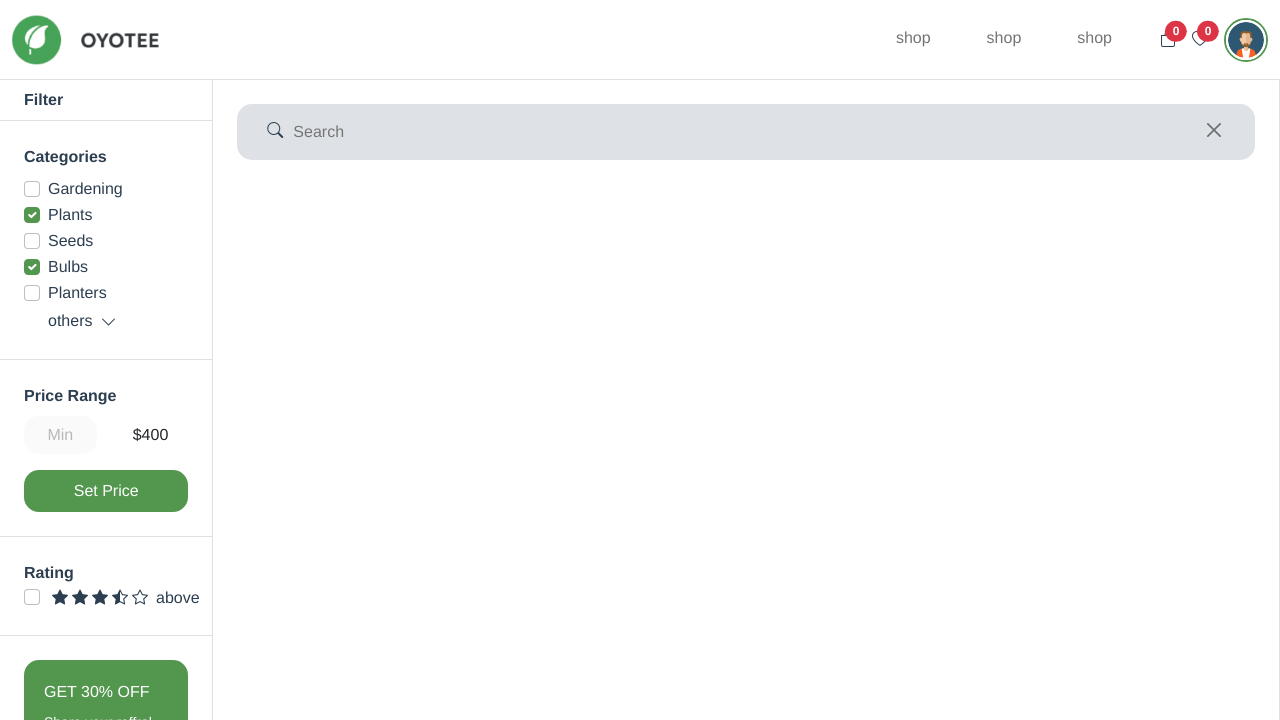
Repository: arpitaWebD/PlantShopping
Page: /
The author's editor kept a copy of each file at every save. The page is drawn from the files as they stood at one save, then again after the next save.
The browser window is 1280 px wide. The pictures show the whole page.
Some web libraries are served in a nearby version. The project was rebuilt for these pictures with package versions that can differ from the ones it lists, and the page was loaded fresh each time. Also part of the build but not shown: src/components/Product.vue, src/components/ProductPreview.vue, src/views/AddToCart.vue, src/views/WishList.vue, src/components/Login.vue.

Above is the page before, as saved 2022-01-24 14:39:22.

### index.html
<!DOCTYPE html>
<html lang="en">
<head>
  <meta charset="UTF-8">
  <link rel="icon" href="/favicon.ico" />
  <meta name="viewport" content="width=device-width, initial-scale=1.0">
  <!-- bootstrap -->
  <link href="https://cdn.jsdelivr.net/npm/bootstrap@5.1.3/dist/css/bootstrap.min.css" rel="stylesheet"
    integrity="sha384-1BmE4kWBq78iYhFldvKuhfTAU6auU8tT94WrHftjDbrCEXSU1oBoqyl2QvZ6jIW3" crossorigin="anonymous" />
  <!--icons -->
  <link rel="stylesheet" href="https://cdn.jsdelivr.net/npm/bootstrap-icons@1.7.1/font/bootstrap-icons.css" />
  <link rel="stylesheet" href="./src/index.css">
  <title>Vite App</title>
</head>
<body>
  <div id="app"></div>
  <script src="https://cdn.jsdelivr.net/npm/bootstrap@5.0.2/dist/js/bootstrap.bundle.min.js"
    integrity="sha384-MrcW6ZMFYlzcLA8Nl+NtUVF0sA7MsXsP1UyJoMp4YLEuNSfAP+JcXn/tWtIaxVXM" crossorigin="anonymous"></script>
  <script type="module" src="/src/main.js"></script>
</body>
</html>

### src/index.css
#app {
  font-family: Avenir, Helvetica, Arial, sans-serif;
  -webkit-font-smoothing: antialiased;
  -moz-osx-font-smoothing: grayscale;
  color: #2c3e50;
  height: 100vh;
}

body {
  margin: 0;
  height: 100vh;
}

/* color code */
:root {
  --green: #175b19;
  --secondary-color: #ffc327;
  --light-gray: #f6f6f6;
  --dark-gray: #485853;
  --primary-color: #53974f;
  --dark-green: #08220e;
  --light-green: #abb3a3;
  --brown: #957f65;
}

a {
  text-decoration: none;
  color: #2c3e50;
}

.primary-btn {
  width: 100%;
  border-radius: 15px;
  color: #fff;
  background: #53974f;
  line-height: 1;
  height: 42px;
  text-transform: capitalize;
  display: flex;
  justify-content: center;
  align-items: center;
}

.primary-btn:hover {
  color: #fff;
}

.primary-btn.yellow-btn {
  background: #ffc327;
  color: var(--dark-gray);
}

.secondary-btn {
  width: 100%;
  border-radius: 15px;
  border: 1px solid #ababab;
  line-height: 1;
  height: 42px;
  text-transform: capitalize;
  display: flex;
  justify-content: center;
  align-items: center;
  cursor: pointer;
  font-weight: 500;
}

.secondary-btn:hover,
.secondary-btn.active {
  color: #fff;
  background: #53974f;
}

.secondary-btn:hover a,
.secondary-btn.active a {
  color: #fff;
}

.btn-check:focus+.btn,
.btn:focus {
  box-shadow: none;
}

.form-check-input:checked {
  background-color: #53974f;
  border-color: #53974f;
}

.form-check-input:checked+.form-check-label {
  font-weight: 500;
}

input:focus {
  outline: 0;
}

/* header */
.header {
  height: 80px;
}

.header .logo {
  height: 50px;
}

.n-links li {
  color: #ababab;
  height: 100%;
  display: flex;
  align-items: center;
  margin-right: 40px;
  cursor: pointer;
  border-bottom: 3px solid transparent;
}

.n-links li.active {
  color: #000;
  border-bottom: 3px solid #53974f;
}

.cart-icon {
  position: relative;
  cursor: pointer;
}

.cart-icon .cart-badge {
  position: absolute;
  background: #dc3545;
  color: #fff;
  border-radius: 100%;
  height: 17px;
  width: 17px;
  font-size: 10px;
  display: flex;
  align-items: center;
  justify-content: center;
  right: -5px;
  bottom: 0;
  border: 2px solid #fff;
}

.avatar-icon {
  border: 2px solid #53974f;
  border-radius: 100%;
}

.avatar-icon img {
  border: 2px solid #fff;
  border-radius: 100%;
}

/* left sidebar */
.left-sidebar .left-sidebar-header {
  text-transform: capitalize;
  font-weight: 600;
  text-align: left;
  display: block;
}

.disable-btn {
  background: #fafafa;
  border-radius: 15px;
  display: flex;
  justify-content: center;
  align-items: center;
  text-transform: capitalize;
  color: #b8b8b8;
}

.discount-card {
  background-color: #53974f;
  border-radius: 15px;
  padding: 20px;
  color: #fff;
}

.discount-card .title {
  font-weight: 500;
  text-transform: uppercase;
}

.sub-title {
  font-size: 14px;
}

/* main */
.search-icon {
  border-radius: 15px;
  background: #dee2e6;
  padding: 15px 30px;
}

.search-icon-round {
  border-radius: 15px 15px 0 0;
}

.search-icon input {
  background-color: transparent;
}

.product-card {
  border: 1px solid #ababab;
  border-radius: 20px;
  position: relative;
  background-color: #fff;
  cursor: pointer;
}

.product-card img {
  height: 290px;
  width: 100%;
  object-fit: contain;
}

.add-product img {
  height: 90px;
}

.product-card .img-section {
  position: relative;
}

.product-card .img-section .like-icon {
  position: absolute;
  right: 0;
  top: 0;
}

.like-icon {
  cursor: pointer
}

.product-card .price-name {
  color: #bfb8b8;
  font-size: 14px;
}

/* right0sidebar */
.right-sidebar {
  position: relative;
  height: 100%;
}

.rs-footer {
  position: absolute;
  bottom: 0;
  width: calc(100% - 3rem);
  background: #fff;
}

.right-sidebar .main-title {
  font-size: 22px;
  font-weight: 500;
  text-transform: capitalize;
  white-space: nowrap;
  overflow: hidden;
  text-overflow: ellipsis;
}
.right-sidebar .img-section {
  height: 200px;
}
.right-sidebar .main-subtitle {
  font-size: 14px;
  color: #ababb8;
  line-height: 16px;
  white-space: nowrap;
  overflow: hidden;
  text-overflow: ellipsis;
}

.tab {
  text-transform: capitalize;
  text-align: center;
  border-bottom: 3px solid transparent;
  cursor: pointer;
  padding-bottom: 10px;
}

.tab-active {
  border-bottom: 3px solid #53974f;
}

.rs-img-section {
  position: relative;
}

.rs-close {
  right: 0;
  top: 10px;
  background: #fafafa;
  height: 30px;
  width: 30px;
  border-radius: 7px;
  display: flex;
  justify-content: center;
  align-items: center;
  position: absolute;
  cursor: pointer;
}

.rs-slider .rs-slider-img {
  height: 50px;
  width: 50px;
  display: flex;
  align-items: center;
  justify-content: center;
  justify-content: space-between;
  border-radius: 10px;
}

.rs-slider-img img {
  object-fit: cover;
  height: 100%;
  width: 100%;
  border-radius: 10px;
}

.hidden {
  display: none;
}

.modal-new {
  left: 50%;
  top: 50%;
  z-index: 2;
  background: #fff;
  transform: translate(-50%, -50%);
  padding: 30px;
  border-radius: 30px;
  position: absolute;
}

.overlay {
  width: 100vw;
  height: 100vh;
  background: #0a0a0a9c;
  z-index: 1;
  position: absolute;
  inset: 0;
}

.close-modal {
  border: none;
  background: transparent;
  position: absolute;
  right: 10px;
  font-size: 50px;
  top: -10px;
}

.search-menu {
  position: relative;
}

.search-dropdown {
  position: absolute;
  background: #fff;
  width: 100%;
  z-index: 1;
}

.search-dropdown ul li {
  padding: 10px;
  cursor: pointer;
}

.search-dropdown ul li:hover {
  background: #e1e1e1;
}

.search-dropdown ul li:not(:last-child) {
  border-bottom: 1px solid #dee2e6;
}

.search-dropdown ul li:last-child {
  border-radius: 0 0 15px 15px;
}

.search-dropdown ul {
  box-shadow: 0 4px 5px #0000006b;
  border-radius: 0 0 15px 15px;
}

.product-detail {
  height: calc(100% - 100px);
  overflow: auto;
}

.addCart-card {
  height: calc(100% - 80px);
  overflow: hidden;
}

.fav-icon {
  color: #dc3545;
}

@media screen and (max-width: 767px) {
  .product-card img {
    height: 290px;
    width: 100%;
    max-height: 200px;
    max-width: 100%;
    object-fit: contain;
  }

  img.logo {
    height: 48px;
  }

  .navbar-collapse {
    position: absolute;
    top: 80px;
    left: 0px;
    width: 100%;
    background: rgb(248, 249, 250);
    z-index: 1;
    box-shadow: rgba(50, 50, 93, 0.25) 0px 6px 12px -2px, rgba(0, 0, 0, 0.3) 0px 3px 7px -3px;
  }

  .addCart-card img {
    width: 100%;
  }
}

### src/App.vue
<template>
  <Navbar />
  <router-view />
</template>

<script>
import Navbar from "./components/Navbar.vue";
export default {
  components: {
    Navbar,
  },
};
</script>

### src/router.js

import { createRouter, createWebHistory } from "vue-router";
import Home from "./views/Home.vue";
import AddCart from "./views/AddToCart.vue";
import WishList from "./views/WishList.vue";
import Login from "./components/Login.vue";

const routes = [
    {
        path: "/",
        name: "Home",
        component: Home
    },
    {
        path: "/AddCart",
        name: "AddCart",
        component: AddCart
    },
    {
        path: "/WishList",
        name: "WishList",
        component: WishList
    },
    {
        path: "/login",
        name: "login",
        component: Login
    },
]
const router = createRouter({

    history: createWebHistory(),
    routes
});
export default router

### src/components/Navbar.vue
<template>
  <nav class="navbar navbar-expand-md navbar-light border-bottom header">
    <div class="container-fluid">
      <a class="navbar-brand" href="#">
        <router-link :to="{ name: 'Home' }">
          <img src="../assets/logo.png" alt="logo" class="logo" />
        </router-link>
      </a>
      <button
        class="navbar-toggler"
        type="button"
        data-bs-toggle="collapse"
        data-bs-target="#navbarNavAltMarkup"
      >
        <span class="navbar-toggler-icon"></span>
      </button>
      <div
        class="collapse navbar-collapse justify-content-md-end justify-content-center"
        id="navbarNavAltMarkup"
      >
        <div class="navbar-nav">
          <ul
            class="d-flex flex-column flex-md-row list-unstyled mb-0 h-100 align-items-center n-links"
          >
            <li class="nav-link">shop</li>
            <li class="nav-link">shop</li>
            <li class="nav-link">shop</li>
          </ul>
        </div>
        <div class="d-flex justify-content-center align-items-center">
          <div class="dropdown">
            <router-link :to="{ name: 'AddCart' }">
              <div class="me-3 cart-icon">
                <i class="bi bi-bag fa-2x"></i>
                <span
                  class="position-absolute bottom-0 start-100 translate-middle badge rounded-pill bg-danger"
                  >{{ cart.length }}</span
                >
              </div>
            </router-link>
          </div>
          <div class="me-3">
            <router-link :to="{ name: 'WishList' }">
              <div class="cart-icon">
                <i class="bi bi-heart fa-2x"></i>
                <span
                  class="position-absolute bottom-0 start-100 translate-middle badge rounded-pill bg-danger"
                  >{{ wishList.length }}</span
                >
              </div>
            </router-link>
          </div>
          <div class="avatar-icon">
            <img src="../assets/avatar.png" alt="avatar" width="40" />
          </div>
        </div>
      </div>
    </div>
  </nav>
</template>

<script>
import { mapState, mapMutations } from "vuex";
export default {
  computed: {
    ...mapState(["products", "cart", "wishList"]),
  },
};
</script>

### src/views/Home.vue
<template>
  <div class="addCart-card row p-0 m-0 flex-grow-1 main">
    <!-- <Login /> -->
    <LeftSidebar />
    <ProductView />
  </div>
</template>

<script>
import ProductView from "../views/ProductView.vue";
import LeftSidebar from "../views/LeftSidebar.vue";
// import Login from "../components/Login.vue";
export default {
  name: "Home",
  components: {
    ProductView,
    LeftSidebar,
  },
};
</script>

### src/views/ProductView.vue
<template>
  <div class="col-lg-9 col-xl-10 col-md-8 p-0 h-100">
    <div class="row m-0 h-100">
      <div
        class="border-end p-4 h-100 overflow-auto"
        :class="[showPreview ? 'col-md-7 col-lg-8' : 'col-lg-12 col-md-12']"
      >
        <Search />
        <div class="row g-3 m-0">
          <div
            class="col-sm-12"
            :class="[
              showPreview
                ? 'col-md-12 col-xl-6 col-xxl-4'
                : 'col-md-6 col-lg-4',
            ]"
            v-for="(product, index) in filterProduct"
            :key="index"
          >
            <Product :products="product" />
          </div>
        </div>
      </div>
      <div class="col-md-5 col-lg-4 p-0" v-show="showPreview">
        <ProductPreview
          v-for="productPreview in productPreviews"
          :key="productPreview.id"
          :productPreviews="productPreview"
        />
      </div>
    </div>
  </div>
</template>

<script>
import Product from "../components/Product.vue";
import ProductPreview from "../components/ProductPreview.vue";
import Search from "../components/Search.vue";
import { mapMutations, mapState, mapGetters } from "vuex";
export default {
  components: {
    Product,
    ProductPreview,
    Search,
  },
  computed: {
    ...mapState(["products", "search", "showPreview", "productPreviews"]),
    ...mapGetters(["getProduct"]),
  },
  methods: {
    ...mapMutations(["productPreview"]),
  },
};
</script>

### src/views/LeftSidebar.vue
<template>
  <div class="col-md-4 col-lg-3 col-xl-2 p-0 border-end left-sidebar h-100">
    <div class="border-bottom px-4 py-2">
      <span class="left-sidebar-header">filter</span>
    </div>
    <div class="border-bottom p-4">
      <span class="left-sidebar-header">categories</span>
      <div class="mt-2">
        <div>
          <div class="form-check">
            <input
              class="form-check-input"
              type="checkbox"
              value=""
              id="flexCheckDefault"
            />
            <label class="form-check-label" for="flexCheckDefault">
              Gardening
            </label>
          </div>
          <div class="form-check">
            <input
              class="form-check-input"
              type="checkbox"
              value=""
              id="flexCheckChecked"
              checked
            />
            <label class="form-check-label" for="flexCheckChecked">
              Plants
            </label>
          </div>
          <div class="form-check">
            <input
              class="form-check-input"
              type="checkbox"
              value=""
              id="flexCheckDefault1"
            />
            <label class="form-check-label" for="flexCheckDefault1">
              Seeds
            </label>
          </div>
          <div class="form-check">
            <input
              class="form-check-input"
              type="checkbox"
              value=""
              id="flexCheckChecked2"
              checked
            />
            <label class="form-check-label" for="flexCheckChecked2">
              Bulbs
            </label>
          </div>

          <div class="form-check">
            <input
              class="form-check-input"
              type="checkbox"
              value=""
              id="flexCheckDefault3"
            />
            <label class="form-check-label" for="flexCheckDefault3">
              Planters
            </label>
          </div>
        </div>
        <div class="d-flex align-items-center ms-4">
          <span>others</span>
          <span class="d-flex mt-1 ms-2"
            ><i class="bi bi-chevron-down"></i
          ></span>
        </div>
      </div>
    </div>
    <div class="border-bottom p-4">
      <span class="left-sidebar-header">Price range</span>
      <div class="mt-2 d-flex mb-3">
        <div class="w-50 me-3 disable-btn">min</div>
        <div class="w-50 btn secoudary-btn">$400</div>
      </div>
      <div>
        <button class="btn primary-btn" type="button">set price</button>
      </div>
    </div>
    <div class="border-bottom p-4">
      <span class="left-sidebar-header">Rating</span>
      <div class="d-flex align-items-center">
        <div class="form-check">
          <input
            class="form-check-input"
            type="checkbox"
            value=""
            id="flexCheckDefault"
          />
        </div>
        <div class="d-flex">
          <span class="ms-1"><i class="bi bi-star-fill"></i></span>
          <span class="ms-1"><i class="bi bi-star-fill"></i></span>
          <span class="ms-1"><i class="bi bi-star-fill"></i></span>
          <span class="ms-1"><i class="bi bi-star-half"></i></span>
          <span class="ms-1"><i class="bi bi-star"></i></span>
        </div>
        <div class="ms-2">above</div>
      </div>
    </div>
    <div class="p-4">
      <div class="discount-card d-flex flex-column">
        <span class="title">Get 30% off</span>
        <span class="sub-title my-2">
          Share your reffral code and get discount!
        </span>
        <button class="btn primary-btn yellow-btn" type="button">share</button>
      </div>
    </div>
  </div>
</template>

<script>
export default {};
</script>

<style></style>

### src/components/Search.vue
<template>
  <div class="search-menu mb-2">
    <div class="d-flex search-icon" :class="{ 'search-icon-round': modal }">
      <span class="me-2"><i class="bi bi-search"></i></span>
      <input
        type="text"
        placeholder="Search"
        v-model="search"
        class="flex-grow-1 border-0"
        @click="filterProduct()"
        @focus="modal = true"
      />
      <button
        type="button"
        class="btn-close btn-sm btn"
        aria-label="Close"
        @click="close()"
      ></button>
    </div>
    <!--        <div v-if="filterdState && modal" class="search-dropdown">-->
    <!--            <ul v-if="filterdState.length" class="list-unstyled mb-0">-->
    <!--                <li-->
    <!--                        v-for="filterdState in filterdState"-->
    <!--                        :key="filterdState.id"-->
    <!--                        @click="setState(filterdState)"-->
    <!--                >-->
    <!--                    <div class="row">-->
    <!--                        <div class="col-2 d-flex justify-content-center align-items-center">-->
    <!--                            <img :src="filterdState.url" height="80" class="rounded-3" />-->
    <!--                        </div>-->
    <!--                        <div class="d-flex flex-column col-10">-->
    <!--                            <span class="fw-bold">{{ filterdState.name }}</span>-->
    <!--                            <span> {{ filterdState.shortdesc }}</span>-->
    <!--                            <span class="fw-bold">₹ {{ filterdState.price }}</span>-->
    <!--                        </div>-->
    <!--                    </div>-->
    <!--                </li>-->
    <!--            </ul>-->
    <!--            <ul v-else class="list-unstyled mb-0">-->
    <!--                <li class="text-center fw-bold">No results...</li>-->
    <!--            </ul>-->
    <!--        </div>-->
  </div>
</template>

<script>
import { mapGetters, mapState, mapMutations } from "vuex";
export default {
  data() {
    return {
      search: "",
      filterProduct: [],
    };
  },
  computed: {
    ...mapState(["products", "search"]),
  },
  methods: {
    filterProduct() {
      console.log(this.products);
      return this.products.filter((product) => {
        var productName = product.name.toLowerCase();
        var searchName = this.search.toLowerCase();
        console.log(product);
        this.filterProduct.push(this.product);
        return;
      });
    },
  },
};
</script>

Loaded but not shown: src/main.js (214 lines, source omitted)

After the next save:
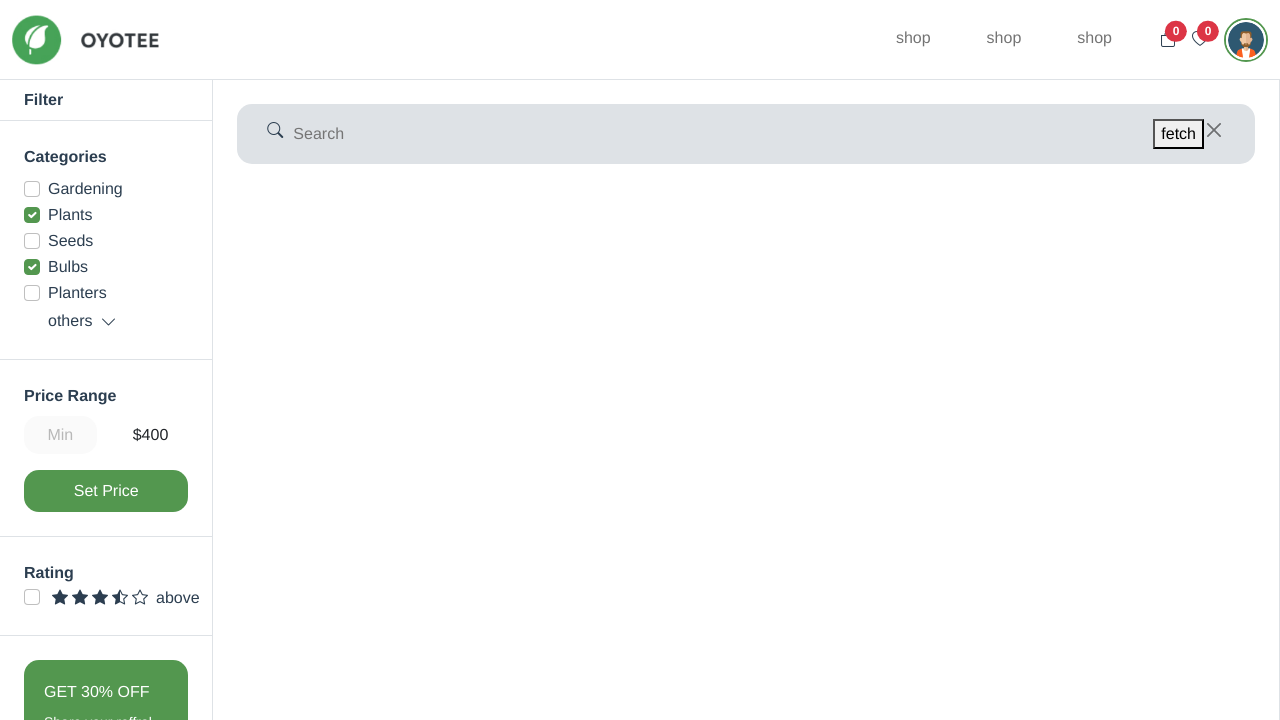
Saved 35 s later.
--- a/src/components/Search.vue
+++ b/src/components/Search.vue
@@ -7,9 +7,9 @@
         placeholder="Search"
         v-model="search"
         class="flex-grow-1 border-0"
-        @click="filterProduct()"
         @focus="modal = true"
       />
+      <button @click="filterProduct()">fetch</button>
       <button
         type="button"
         class="btn-close btn-sm btn"
